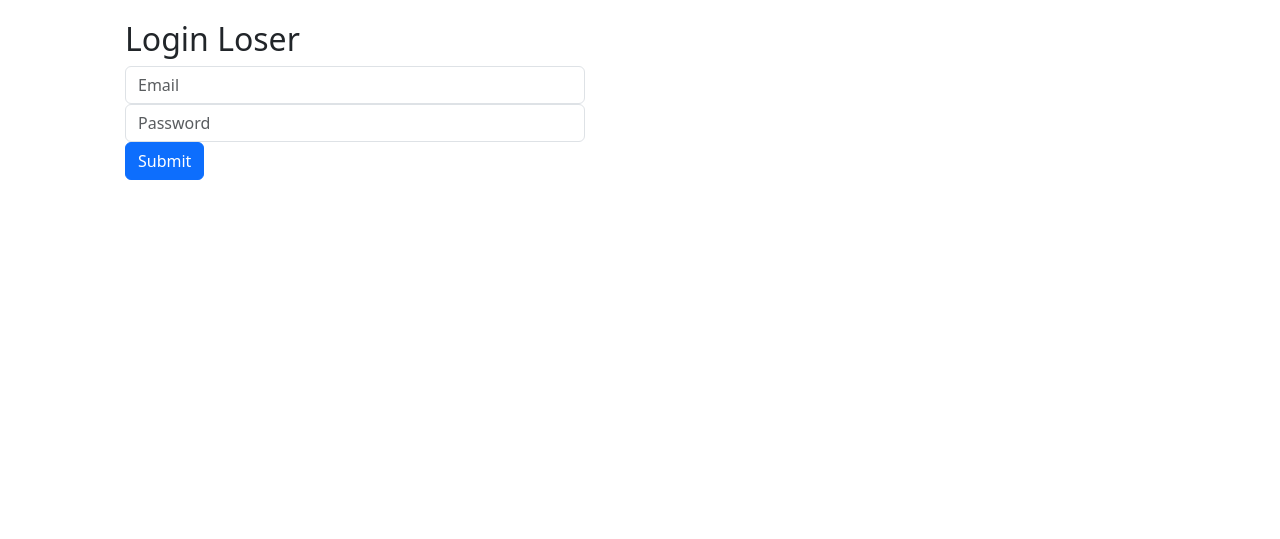
Repository: DavidDontKnow/BootlegTwitter
Page: html/login.html
An editor plug-in stored every save of this project. The page is shown before and after the next save, followed by the edit.
The browser window is 1280 px wide. The pictures show the whole page.

Above is the page before, as saved 2023-04-05 15:08:57.

### html/login.html
<!DOCTYPE html>
<html lang="en">
<head>
    <meta charset="UTF-8">
    <meta http-equiv="X-UA-Compatible" content="IE=edge">
    <meta name="viewport" content="width=device-width, initial-scale=1.0">
    <link href="https://cdn.jsdelivr.net/npm/bootstrap@5.3.0-alpha3/dist/css/bootstrap.min.css" rel="stylesheet" integrity="sha384-KK94CHFLLe+nY2dmCWGMq91rCGa5gtU4mk92HdvYe+M/SXH301p5ILy+dN9+nJOZ" crossorigin="anonymous">
    <style>
        .login-form{
            max-width: 500px;
            margin: 0 auto;
            padding: 20px;
        }

        .login-form img{
            width: 100%;
            height: auto;
        }
    </style>
    <title>Login</title>
</head>
<body>
    <div class="container">
        <div class="row">
            <div class="col-md-6">
                <div class="login-form">
                    <h2>Login Loser</h2>
                    <form>
                        <div class="form-group">
                            <input type="email" class="form-control" id="email" name="email" placeholder="Email">

                        </div>
                        <div class="form-group">
                            <input type="password" class="form-control" id="password" name="password" placeholder="Password">

                        </div>
                        <button type="submit" class="btn btn-primary">Submit</button>
                    </form>
                </div>
            </div>
        </div>
    </div>
</body>
</html>

After the next save:
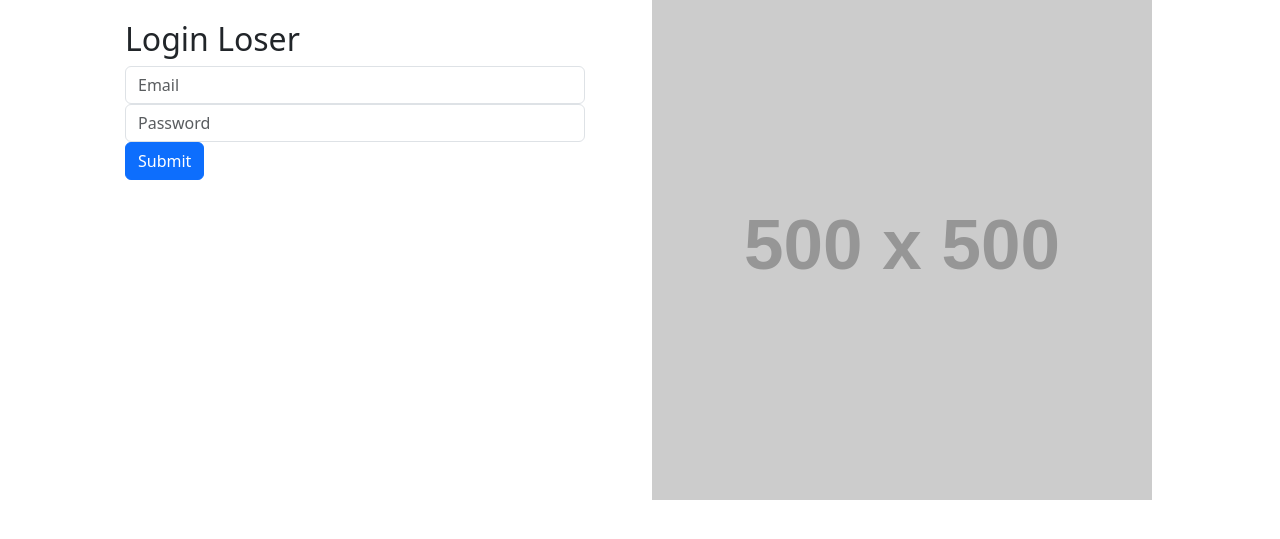
Saved 117 s later.
--- a/html/login.html
+++ b/html/login.html
@@ -38,6 +38,9 @@
                     </form>
                 </div>
             </div>
+            <div class="col-md-6">
+                <img src="https://via.placeholder.com/500x500?text=Image" alt="image">
+            </div>
         </div>
     </div>
 </body>
